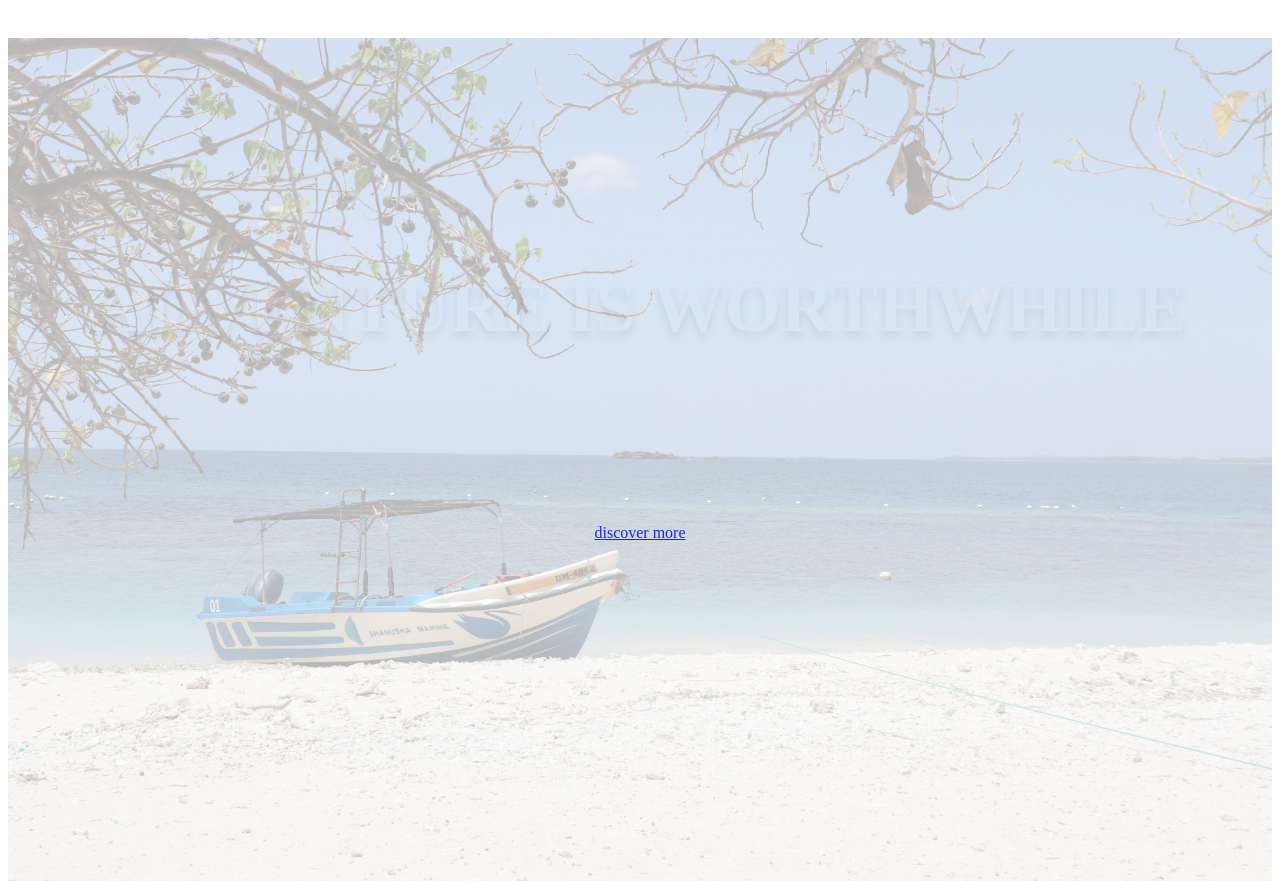
Repository: KasunInd27/Ceylon-Journey
Page: Home/home.html
The author's editor kept a copy of each file at every save. The page is drawn from the files as they stood at one save, then again after the next save.
The browser window is 1280 px wide. The pictures show the whole page.

Above is the page before, as saved 2024-10-05 13:34:31.
Console error: SyntaxError: Unexpected token '<'

### Home/home.html
<!DOCTYPE html>
<html lang="en">
<head>
    <meta charset="UTF-8">
    <meta name="viewport" content="width=device-width, initial-scale=1.0">
    <!-- Font Awesome CDN link for using icons -->
    <link rel="stylesheet" href="https://cdnjs.cloudflare.com/ajax/libs/font-awesome/5.15.3/css/all.min.css">
    <link href="https://fonts.googleapis.com/css2?family=Roboto:wght@400;700&display=swap" rel="stylesheet">

    <link rel="stylesheet" href="CSS/home.css">
    <script src="JS/home.js"></script>
    <style>
        .mySlides {display:none;}
    </style>
    <title>Home Page</title>
</head>
<body>
    <section class="home" id="home">
        <div class="content">
            <h3>adventure is worthwhile</h3>
            <p>discover new places with us,adventure awaits</p>
            <a href="#" class="btn">discover more</a>
        </div>

        <div class="slide" style="max-width:100%">
            <img class="homeSlides" src="../image/train.jpg" style="width:100%">
            <img class="homeSlides" src="../image/elephants.jpg" style="width:100%">
            <img class="homeSlides" src="../image/boat.jpg" style="width:100%">
            <img class="homeSlides" src="../image/fish.jpg" style="width:100%">
            <img class="homeSlides" src="../image/arc.jpg" style="width:100%">
        </div>
    </section>

    <script>
        var myIndex = 0;
        carousel();

        function carousel() {
          var i;
          var x = document.getElementsByClassName("homeSlides");
          for (i = 0; i < x.length; i++) {
            x[i].style.display = "none";
          }
          myIndex++;
          if (myIndex > x.length) {myIndex = 1}
          x[myIndex-1].style.display = "block";
          setTimeout(carousel, 2000); // Change image every 2 seconds
        }
        </script>


</body>
</html>

### Home/CSS/home.css
.home.controls {
    padding: 1rem;
    border-radius: 5rem;
    background: rgba(0, 0, 0, .7);
    position: relative;
    top: 10rem;

}

.home .controls .img-btn {

    height: 2rem;
    width: 2rem;
    display: inline-block;
    border-radius: 50%;
    background: #fff;
    cursor: pointer;
    margin: 0 .5rem;

}
.home .controls .img-btn.active {
    background: var(--orange);

}
#home {
    min-height: 100vh;
    /* Ensures it takes up the full viewport height */
    display: flex;
    /* Enables flexbox layout */
    align-items: center;
    /* Vertically centers content */
    justify-content: center;
    /* Horizontally centers content */
    flex-flow: column;
    /* Aligns children in a column layout */
    position: relative;
    /* Allows child elements to use absolute positioning */
    z-index: 0;
    /* Ensures this section has the correct stacking order */
}
.home .content {
    text-align: center;
    /* Centers the text within the .content container */
}
/* Styles for h3 elements inside the .content class within the .home section */

.home .content h3 {
    font-size: 4.5rem;
    /* Sets a large font size for the heading */
    color: #fff;
    /* White text color */
    text-transform: uppercase;
    /* Makes the text uppercase */
    text-shadow: 0 .3rem .5rem rgba(0, 0, 0, .1);
    /* Adds a soft shadow to the text */
}

.home .content p {
    font-size: 2.5rem;
    /* Sets the font size for paragraphs inside the .content class in the .home section */
    color: #fff;
    /* Sets the text color to white */
    padding: 0.5rem 0;
    /* Adds vertical padding (top and bottom) of 0.5rem */
}

.slide
{
    margin-top: -300px;
    background-size:contain;
    background-position:center;
    background-repeat: no-repeat;
    position:absolute;
    width: 100%;
    height: 50%;
    opacity: 0.30;
}

### Home/JS/home.js
<!DOCTYPE html>
<html lang="en">
<head>
    <meta charset="UTF-8">
    <meta name="viewport" content="width=device-width, initial-scale=1.0">
    <!-- Font Awesome CDN link for using icons -->
    <link rel="stylesheet" href="https://cdnjs.cloudflare.com/ajax/libs/font-awesome/5.15.3/css/all.min.css">
    <link href="https://fonts.googleapis.com/css2?family=Roboto:wght@400;700&display=swap" rel="stylesheet">

    <link rel="stylesheet" href="CSS/home.css">
    <script src="JS/home.js"></script>
    <style>.imgSlide {display:none;}</style>
    <title>Home Page</title>
</head>
<body>
    <section class="home" id="home">
        <div class="content">
            <h3>adventure is worthwhile</h3>
            <p>discover new places with us,adventure awaits</p>
            <a href="#" class="btn">discover more</a>
        </div>

        <div class="image-slide" style="max-width:500px">
            <img class="imgSlide" src="../image/train.jpg" style="width:100%">
            <img class="imgSlide" src="../image/elephants.jpg" style="width:100%">
            <img class="imgSlide" src="../image/boats.jpg" style="width:100%">
            <img class="imgSlide" src="../image/fish.jpg" style="width:100%">
            <img class="imgSlide" src="../image/arc.jpg" style="width:100%">

        </div>


    </section>
</body>
</html>

After the next save:
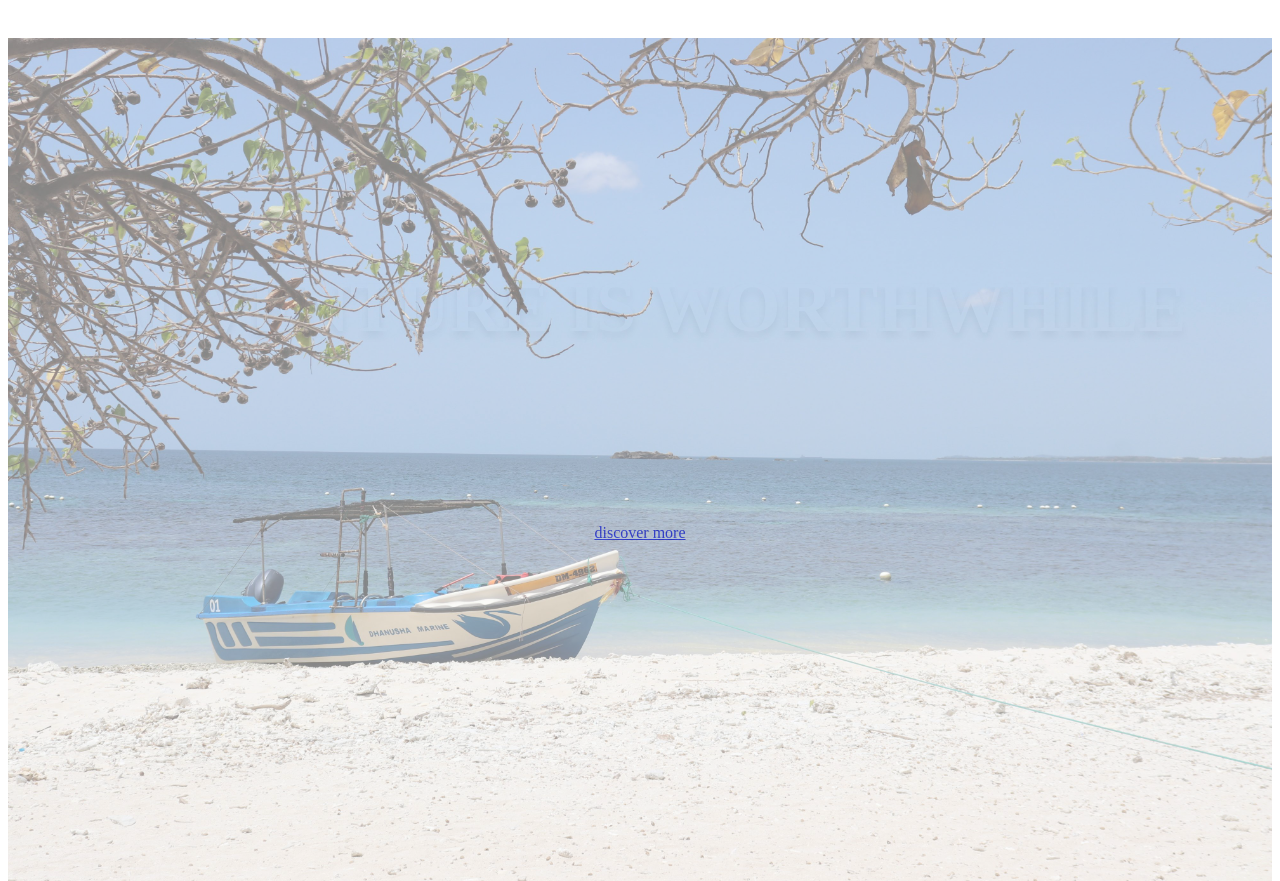
Saved 27 s later.
--- a/Home/CSS/home.css
+++ b/Home/CSS/home.css
@@ -73,5 +73,5 @@
     position:absolute;
     width: 100%;
     height: 50%;
-    opacity: 0.30;
+    opacity: 0.50;
 }
